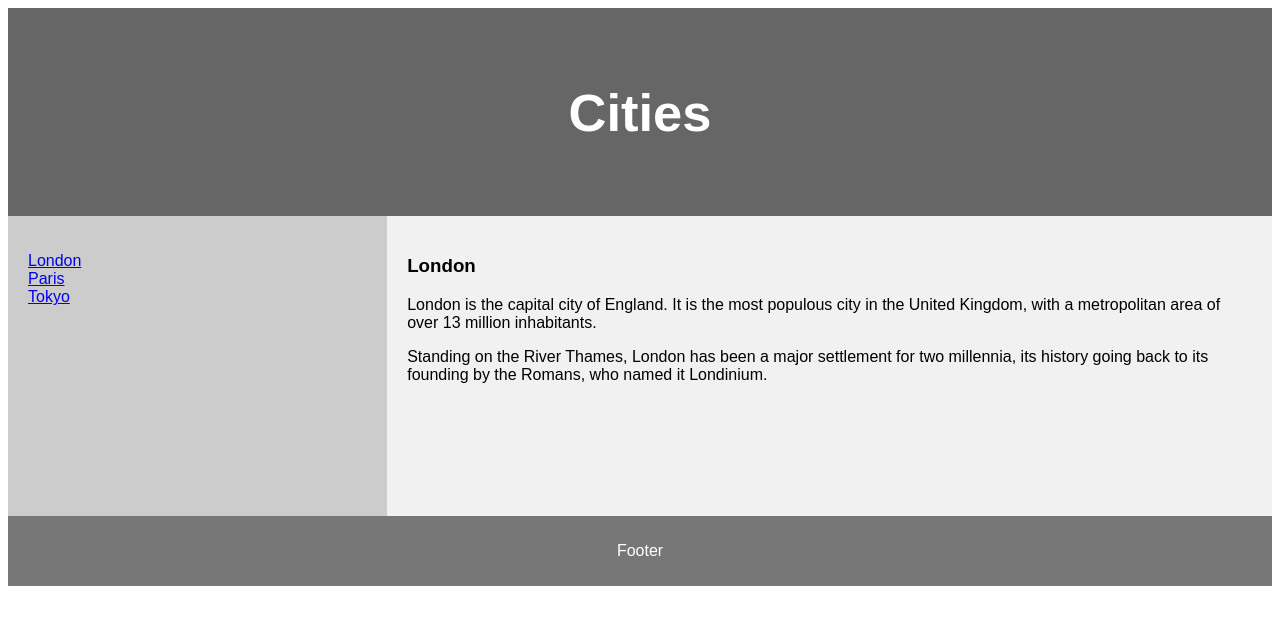
Repository: SamSam1701/SpringMVC
Page: http://localhost/DiamondShop/WEB-INF/views/user/index.jsp
These files come from the project's save history. The page is drawn as it stood at one moment and after the next save; the edit follows.
The browser window is 1280 px wide. The pictures show the whole page.
The page is served by Tomcat 9. Nobody is signed in. Other server files are loaded and not shown. The template is opened directly, without the code that normally fills it, so the values that code supplies are empty.

Above is the page before, as saved 2022-05-15 14:33:21.

### DiamondShop/src/main/webapp/WEB-INF/views/user/index.jsp
<%@ page language="java" contentType="text/html; charset=UTF-8"
	pageEncoding="UTF-8"%>
<!DOCTYPE html>
<html lang="en">
<head>
<title>CSS Template</title>
<meta charset="utf-8">
<meta name="viewport" content="width=device-width, initial-scale=1">
<style>
* {
  box-sizing: border-box;
}

body {
  font-family: Arial, Helvetica, sans-serif;
}

/* Style the header */
header {
  background-color: #666;
  padding: 30px;
  text-align: center;
  font-size: 35px;
  color: white;
}

/* Create two columns/boxes that floats next to each other */
nav {
  float: left;
  width: 30%;
  height: 300px; /* only for demonstration, should be removed */
  background: #ccc;
  padding: 20px;
}

/* Style the list inside the menu */
nav ul {
  list-style-type: none;
  padding: 0;
}

article {
  float: left;
  padding: 20px;
  width: 70%;
  background-color: #f1f1f1;
  height: 300px; /* only for demonstration, should be removed */
}

/* Clear floats after the columns */
section::after {
  content: "";
  display: table;
  clear: both;
}

/* Style the footer */
footer {
  background-color: #777;
  padding: 10px;
  text-align: center;
  color: white;
}

/* Responsive layout - makes the two columns/boxes stack on top of each other instead of next to each other, on small screens */
@media (max-width: 600px) {
  nav, article {
    width: 100%;
    height: auto;
  }
}
</style>
</head>
<body>

<header>
  <h2>Cities</h2>
</header>

<section>
  <nav>
    <ul>
      <li><a href="#">London</a></li>
      <li><a href="#">Paris</a></li>
      <li><a href="#">Tokyo</a></li>
    </ul>
  </nav>

  <article>
    <h1>London</h1>
    <p>London is the capital city of England. It is the most populous city in the  United Kingdom, with a metropolitan area of over 13 million inhabitants.</p>
    <p>Standing on the River Thames, London has been a major settlement for two millennia, its history going back to its founding by the Romans, who named it Londinium.</p>
  </article>
</section>

<footer>
  <p>Footer</p>
</footer>

</body>
</html>

After the next save:
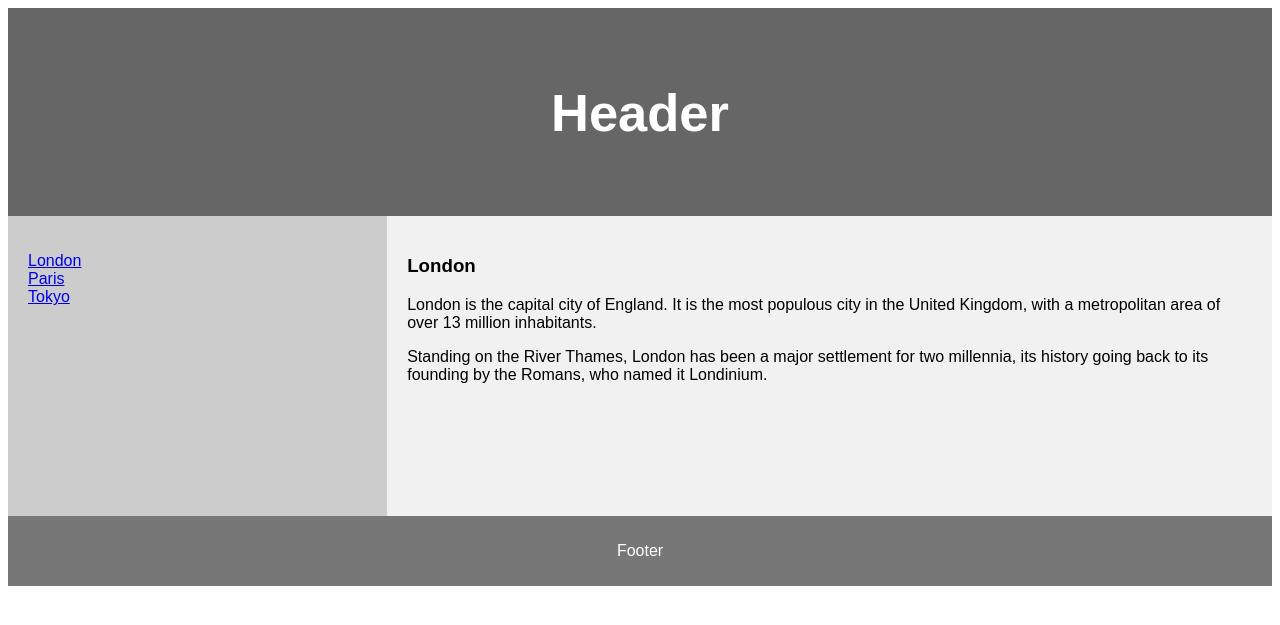
Saved 50 s later.
--- a/DiamondShop/src/main/webapp/WEB-INF/views/user/index.jsp
+++ b/DiamondShop/src/main/webapp/WEB-INF/views/user/index.jsp
@@ -74,7 +74,7 @@ footer {
 <body>
 
 <header>
-  <h2>Cities</h2>
+  <h2>Header</h2>
 </header>
 
 <section>
